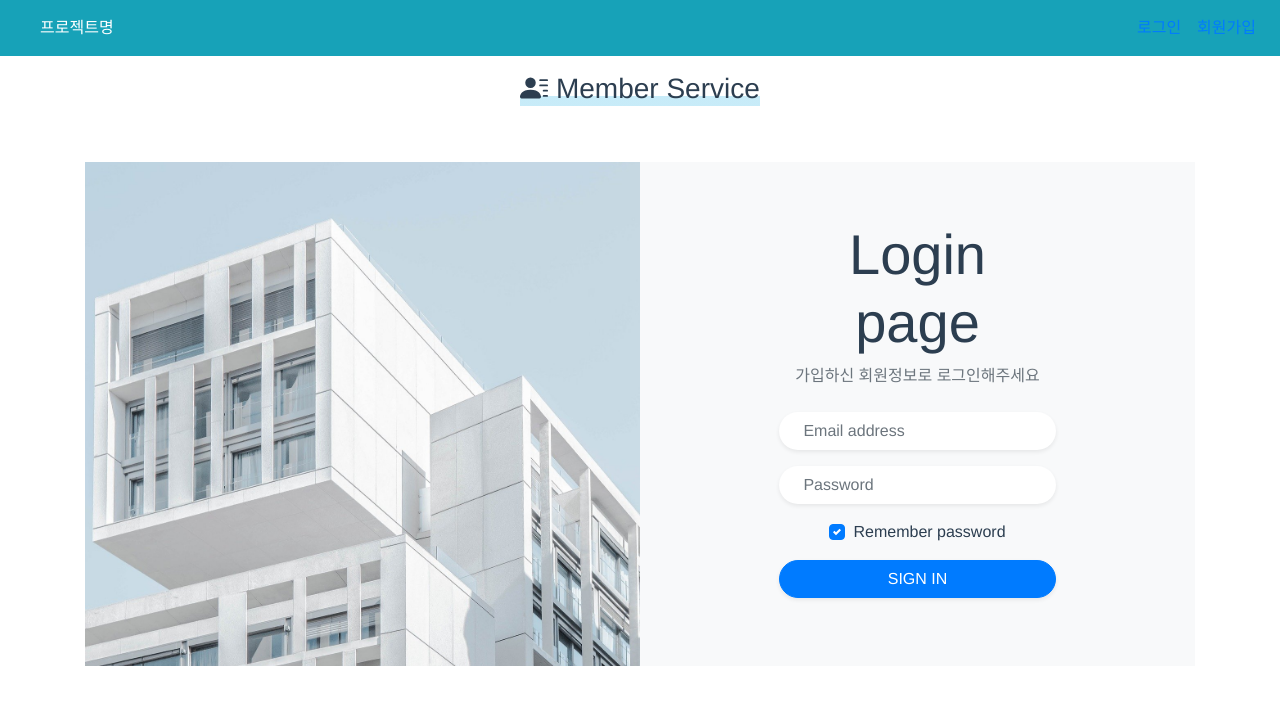
Repository: cheery72/Project_Real_estate
Page: /user/singin (app in frontend/)
The author's editor kept a copy of each file at every save. The page is drawn from the files as they stood at one save, then again after the next save.
The browser window is 1280 px wide. The pictures show the whole page.
The project was rebuilt for these pictures with package versions that can differ from the ones it lists, and the page was loaded fresh each time. Also part of the build but not shown: frontend/vue.config.js, frontend/src/components/user/child/MemberJoinForm.vue, frontend/src/components/user/MemberJoin.vue, frontend/src/components/user/child/MemberInfoForm.vue, frontend/src/components/user/MemberMyPage.vue, frontend/src/components/user/BookMarkListRow.vue, frontend/src/components/user/MemberMyBookmark.vue. Imported but missing from the stored project, and not drawn on this page: frontend/src/views/Home.vue.

Above is the page before, as saved 2021-11-25 11:13:40.

### frontend/src/main.js
import Vue from "vue";
import App from "./App.vue";
import router from "./router";
import store from "./store";
import { BootstrapVue, IconsPlugin } from "bootstrap-vue";
import memberStore from "@/store/modules/memberStore";
import "bootstrap/dist/css/bootstrap.css";
import "bootstrap-vue/dist/bootstrap-vue.css";

// Make BootstrapVue available throughout your project
Vue.use(BootstrapVue);
// Optionally install the BootstrapVue icon components plugin
Vue.use(IconsPlugin);

Vue.config.productionTip = false;

new Vue({
  router,
  store,
  async beforeCreate() {
    let token = sessionStorage.getItem("access-token");
    if (memberStore.state.userInfo == null && token) {
      await memberStore.dispatch("getUserInfo", token);
    }
  },

  render: (h) => h(App),
}).$mount("#app");

### frontend/src/App.vue
<template>
  <div id="app">
    <nav-bar />
    <router-view />
  </div>
</template>

<script>
import NavBar from "@/components/layout/NavBar.vue"

export default {
  components:{
    NavBar,
  }
}

</script>

<style>
#app {
  font-family: Avenir, Helvetica, Arial, sans-serif;
  -webkit-font-smoothing: antialiased;
  -moz-osx-font-smoothing: grayscale;
  text-align: center;
  color: #2c3e50;
}

#nav {
  padding: 30px;
}

#nav a {
  font-weight: bold;
  color: #2c3e50;
}

#nav a.router-link-exact-active {
  color: #42b983;
}
</style>

### frontend/src/router/index.js
import Vue from "vue";
import VueRouter from "vue-router";
import Home from "../views/Home.vue";

import Member from "@/views/Member.vue";
import MemberJoin from "@/components/user/MemberJoin.vue";
import MemberLogin from "@/components/user/MemberLogin.vue";

import MemberMyPage from "@/components/user/MemberMyPage.vue";
import MemberMyBookmark from "@/components/user/MemberMyBookmark.vue";
import store from "@/store/index.js";

// https://router.vuejs.org/kr/guide/advanced/navigation-guards.html
const onlyAuthUser = async (to, from, next) => {
  //어디로 갈건지, 이전, 다음페이지
  // console.log(store);
  const checkUserInfo = store.getters["memberStore/checkUserInfo"]; //checkUserInfo의 리턴값을 가져와라
  const getUserInfo = store._actions["memberStore/getUserInfo"]; //getUserInfo의 리턴값을 가져와라
  let token = sessionStorage.getItem("access-token");
  if (checkUserInfo == null && token) {
    await getUserInfo(token); //서버에 가서 정상적인 토큰인지 검사해라 .. 여기서 정상적인사람이면 서버가 UserInfo를 준다.
  }
  if (checkUserInfo === null) {
    //서버에 갔다왔는데도 null이면...
    alert("로그인이 필요한 페이지입니다..");
    // next({ name: "SignIn" });
    router.push({ name: "SignIn" });
  } else {
    //정상적인 사람이니까 다음페이지로 갈수 있도록 적용(밑에 beforeEnter붙은 것들)
    console.log("로그인 했다.");
    next();
  }
};


Vue.use(VueRouter);

const routes = [
  {
    path: "/",
    name: "Home",
    component: Home,
  },
  {
    path: "/user",
    name: "Member",
    component: Member,
    children: [
      {
        path: "singin",
        name: "SignIn",
        component: MemberLogin,
      },
      {
        path: "singup",
        name: "SignUp",
        component: MemberJoin,
      },
      {
        path: "mybookmark",
        name: "MyBookmark",
        component: MemberMyBookmark,
      },
      {
        path: "mypage",
        name: "MyPage",
        beforeEnter: onlyAuthUser,
        component: MemberMyPage,
      },
    ],
  },
];

const router = new VueRouter({
  mode: "history",
  base: process.env.BASE_URL,
  routes,
});

export default router;

### frontend/src/store/index.js
import Vue from "vue";
import Vuex from "vuex";
import http from "@/js/http-common.js";
import createPersistedState from "vuex-persistedstate";
import memberStore from "@/store/modules/memberStore.js";

Vue.use(Vuex);

export default new Vuex.Store({
  state: {
    sidos: [{ value: null, text: "선택하세요" }],
    guguns: [{ value: null, text: "선택하세요" }],
    dongs: [{ value: null, text: "선택하세요" }],
    apts: [],
    apt: null,
    positions: [],
    cctvs: [],
    dongName: null,
    subways: [],
    schools: [],
    // bookmark: null,
    // bookmarks: [],
  },
  mutations: {
    // 시도 리스트
    SET_SIDO_LIST(state, sidos) {
      sidos.forEach((sido) => {
        state.sidos.push({ value: sido.sidoCode, text: sido.sidoName });
      });
    },
    CLEAR_SIDO_LIST(state) {
      state.guguns = [{ value: null, text: "선택하세요" }];
    },
    // 구군 리스트
    SET_GUGUN_LIST(state, guguns) {
      guguns.forEach((gugun) => {
        state.guguns.push({ value: gugun.gugunCode, text: gugun.gugunName });
      });
    },
    CLEAR_GUGUN_LIST(state) {
      state.guguns = [{ value: null, text: "선택하세요" }];
    },
    // 동 리스트
    SET_DONG_LIST(state, dongs) {
      dongs.forEach((dong) => {
        state.dongs.push({
          value: [dong.dongCode, dong.dongName],
          text: dong.dongName,
        });
      });
    },
    CLEAR_DONG_LIST(state) {
      state.dongs = [{ value: null, text: "선택하세요" }];
    },
    // 해당 구,동 아파트 리스트
    SET_APT_LIST(state, apts) {
      state.apts = apts;
      state.dongName = apts[0].dongName;
    },
    CLEAR_APT_LIST(state) {
      state.positions = [];
    },
    // 아파트 선택시 세부사항
    SET_DETAIL_APT(state, apt) {
      state.apt = apt;
    },
    // cctv 정보
    SET_CCTV_LIST(state, cctv) {
      state.cctvs = cctv;
    },
    // 지하철 정보
    SET_SUBWAY_LIST(state, subway) {
      state.subways = subway;
    },
    // 학교 정보
    SET_SCHOOL_LIST(state, school) {
      state.schools = school;
    },
    // SET_DETAIL_BOOKMARK(state, apt) {
    //   state.bookmark = apt;

    // }
  },
  actions: {
    // 셀렉트바 시도 가져오기
    getSido({ commit }) {
      http
        .get(`/apt/sido`)
        .then((response) => {
          commit("SET_SIDO_LIST", response.data);
        })
        .catch((error) => {
          console.log(error);
        });
    },
    getGugun({ commit }, sidoCode) {
      const params = { sido: sidoCode };
      http
        .get(`/apt/gugun`, { params })
        .then((response) => {
          commit("SET_GUGUN_LIST", response.data);
        })
        .catch((error) => {
          console.log(error);
        });
    },
    getDong({ commit }, gugunCode) {
      const params = { gugun: gugunCode };
      http
        .get(`/apt/dongname`, { params })
        .then((response) => {
          commit("SET_DONG_LIST", response.data);
        })
        .catch((error) => {
          console.log(error);
        });
    },
    getAptList({ commit }, dongCode) {
      const params = { dong: dongCode };
      http
        .get(`/apt/aptinfo`, { params })
        .then((response) => {
          commit("SET_APT_LIST", response.data);
        })
        .catch((error) => {
          console.log(error);
        });
    },
    getCctvList({ commit }, dongName) {
      const params = { dong: dongName };
      http
        .get(`/cctv/cctvinfo`, { params })
        .then((response) => {
          commit("SET_CCTV_LIST", response.data);
        })
        .catch((error) => {
          console.log(error);
        });
    },
    getSubwayList({ commit }) {
      http
        .get(`/subway/subwayinfo`)
        .then((response) => {
          commit("SET_SUBWAY_LIST", response.data);
        })
        .catch((error) => {
          console.log(error);
        });
    },
    getSchoolList({ commit }, dongName) {
      const params = { dong: dongName };
      http
        .get(`/school/schoolinfo`, { params })
        .then((response) => {
          commit("SET_SCHOOL_LIST", response.data);
        })
        .catch((error) => {
          console.log(error);
        });
    },
    // detailBookmark({ commit }, apt) {
    //   commit("SET_DETAIL_BOOKMARK", apt)

    // }
  },
  modules: { memberStore },
  plugins: [
    createPersistedState({
      // 브라우저 종료시 제거하기 위해 localStorage가 아닌 sessionStorage로 변경. (default: localStorage)
      storage: sessionStorage,
    }),
  ],
});

### frontend/src/store/modules/memberStore.js
import jwt_decode from "jwt-decode";
import { login } from "@/api/member.js";
import { findById } from "@/api/member";
import http from "@/js/http-common.js";


const memberStore = {
  namespaced: true,
  state: {
    isLogin: false,
    isLoginError: false,
    userInfo: null,
    bookmark: [],
    bookmarks: [],
  },
  getters: {
    checkUserInfo: function (state) {
      return state.userInfo;
    },
  },
  mutations: {
    SET_IS_LOGIN: (state, isLogin) => {
      state.isLogin = isLogin;
    },
    SET_IS_LOGIN_ERROR: (state, isLoginError) => {
      state.isLoginError = isLoginError;
    },
    SET_USER_INFO: (state, userInfo) => {
      state.isLogin = true;
      state.userInfo = userInfo;
    },
    SET_BOOKMARK_LIST(state, apt){
      // 배열에 추가
      state.bookmark.push(apt);
    },
    SET_BOOKMARK_INFO(state, mark){
      // state.bookmarks = mark;
      state.bookmarks.push(mark);
    },
    SET_BOOKMARK_LIST_INFO(state, bookmarklist) {
      state.bookmarks = bookmarklist;
    }
  },
  actions: {
    async userConfirm({ commit }, user) {
      await login(
        user,
        (response) => {
          if (response.data.message === "success") {
            let token = response.data["access-token"];
            commit("SET_IS_LOGIN", true);
            commit("SET_IS_LOGIN_ERROR", false);
            sessionStorage.setItem("access-token", token);

          } else {
            commit("SET_IS_LOGIN", false);
            commit("SET_IS_LOGIN_ERROR", true);
          }
        },
        () => {}
      );
    },
    getUserInfo({ commit }, token) {
      let decode_token = jwt_decode(token);
      findById(
        decode_token.userid,
        (response) => {
          if (response.data.message === "success") {
            commit("SET_USER_INFO", response.data.userInfo);
          } else {
            console.log("유저 정보 없음!!");
          }
        },
        (error) => {
          console.log(error);
        }
      );
    },
    getBookmark({ commit }, mark) {//등록

      let decode_token = jwt_decode(sessionStorage.getItem("access-token"));

      const params = { bookmark: mark.aptCode, accesstoken: decode_token.userid };
      console.log("파라미터출력",params);

      http
      .post(`/bookmark/register`, params)
      .then((response) => {
        console.log("response출력");
        console.log(response.data);
        commit("SET_BOOKMARK_INFO", response.data);
      }).catch((error) => {
        console.log("에러출력");
        console.log(error);
      })
    },

    getBookmarkList({ commit }) {

      let decode_token = jwt_decode(sessionStorage.getItem("access-token"));
      const userid= decode_token.userid;

      http.get(`/bookmark/list/${userid}`).then(({ data }) => {

        console.log("북마크조회 결과", data);
        commit("SET_BOOKMARK_LIST_INFO", data.result);
         });

    }
  },
};

export default memberStore;

### frontend/src/components/layout/NavBar.vue
<template>
  <div>
  <b-navbar toggleable="lg" type="dark" variant="info">
    <b-navbar-brand href="#"></b-navbar-brand>

    <b-navbar-toggle target="nav-collapse"></b-navbar-toggle>

    <b-collapse id="nav-collapse" is-nav>
      <b-navbar-nav>
        <b-nav-item href="#"
            ><router-link :to="{ name: 'Home' }" class="link" style="color: white"
            >프로젝트명</router-link
            ></b-nav-item
          >
      </b-navbar-nav>

      <!-- Right aligned nav items -->
      <b-navbar-nav class="ml-auto" v-if="userInfo">
          <b-nav-item class="align-self-center"
            ><b-avatar
              variant="primary"
              v-text="userInfo ? userInfo.userid.charAt(0).toUpperCase() : ''"
            ></b-avatar
            >{{ userInfo.username }}({{ userInfo.userid }})님
            환영합니다.</b-nav-item
          >
          <b-nav-item class="align-self-center"
            ><router-link
              :to="{ name: 'MyPage' }"
              class="link align-self-center" style="color: white"
              >내정보보기</router-link
            ></b-nav-item
          >
           <b-nav-item href="#" class="link align-self-center"
            ><router-link :to="{ name: 'MyBookmark' }" class="link" style="color: white"
              >내관심지역</router-link
            ></b-nav-item
          >
          <b-nav-item
            class="link align-self-center"
            @click.prevent="onClickLogout"
            >로그아웃</b-nav-item
          >
        </b-navbar-nav>

        <!-- Right aligned nav items -->
        <b-navbar-nav class="ml-auto" v-else>
          <b-nav-item href="#"
            ><router-link :to="{ name: 'SignIn' }" class="link"
              >로그인</router-link
            ></b-nav-item
          >

          <b-nav-item href="#"
            ><router-link :to="{ name: 'SignUp' }" class="link"
              >회원가입</router-link
            ></b-nav-item
          >
        </b-navbar-nav>
    </b-collapse>
  </b-navbar>
</div>
</template>

<script>
import { mapState, mapMutations } from "vuex";

const memberStore = "memberStore";

export default {
  name: "NavBar",
  computed: {
    ...mapState(memberStore, ["isLogin", "userInfo"]),
  },
  methods: {
    ...mapMutations(memberStore, ["SET_IS_LOGIN", "SET_USER_INFO"]),
    onClickLogout() {
      this.SET_IS_LOGIN(false);
      this.SET_USER_INFO(null);
      sessionStorage.removeItem("access-token");
      if (this.$route.path != "/") this.$router.push({ name: "Home" });
    },
  },
};
</script>

<style>
a {
  color:azure;
}
</style>

### frontend/src/views/Member.vue
<template>
  <b-container class="bv-example-row mt-3 text-center">
    <h3 class="underline-steelblue">
      <b-icon icon="person-lines-fill"></b-icon> Member Service
    </h3>
    <router-view></router-view>
  </b-container>
</template>

<script>
export default {
  name: "Member",
};
</script>

<style scoped>
.underline-steelblue {
  display: inline-block;
  background: linear-gradient(
    180deg,
    rgba(255, 255, 255, 0) 70%,
    rgba(72, 190, 233, 0.3) 30%
  );
}
</style>

### frontend/src/components/user/MemberLogin.vue
<template>

 <div class="container-fluid">
   <br>
   <br>
    <div class="row no-gutter">
        <!-- The image half -->
        <div class="col-md-6 d-none d-md-flex bg-image"></div>


        <!-- The content half -->
        <div class="col-md-6 bg-light">
            <div class="login d-flex align-items-center py-5">

                <!-- Demo content-->
                <div class="container">
                    <div class="row">
                        <div class="col-lg-10 col-xl-7 mx-auto">
                            <h2 class="display-4">Login page</h2>
                            <p class="text-muted mb-4">가입하신 회원정보로 로그인해주세요</p>
                            <form>
                                <div class="form-group mb-3">
                                    <input id="inputEmail" type="email" placeholder="Email address" required="" autofocus="" class="form-control rounded-pill border-0 shadow-sm px-4">
                                </div>
                                <div class="form-group mb-3">
                                    <input id="inputPassword" type="password" placeholder="Password" required="" class="form-control rounded-pill border-0 shadow-sm px-4 text-primary">
                                </div>
                                <div class="custom-control custom-checkbox mb-3">
                                    <input id="customCheck1" type="checkbox" checked class="custom-control-input">
                                    <label for="customCheck1" class="custom-control-label">Remember password</label>
                                </div>
                                <button type="submit" class="btn btn-primary btn-block text-uppercase mb-2 rounded-pill shadow-sm">Sign in</button>

                            </form>
                        </div>
                    </div>
                </div><!-- End -->

            </div>
        </div><!-- End -->

    </div>
</div>
</template>
<style>
.login,
.image {
  min-height: 70vh;
}

.bg-image {
  /* //background-image: url('https://therichpost.com/wp-content/uploads/2021/02/login-split.jpg'); */
  background-image: url("../../assets/apartment.jpg");
  background-size: cover;
  background-position: center center;
}
</style>



<script>
import { mapState, mapActions } from "vuex";

const memberStore = "memberStore";

export default {
  name: "MemberLogin",
  data() {
    return {
      user: {
        userid: null,
        userpwd: null,
      },
    };
  },
  computed: {
    ...mapState(memberStore, ["isLogin", "isLoginError"]),
  },
  methods: {
    ...mapActions(memberStore, ["userConfirm", "getUserInfo"]),
    async confirm() {
      await this.userConfirm(this.user);
      let token = sessionStorage.getItem("access-token");
      if (this.isLogin) {
        await this.getUserInfo(token);
        this.$router.push({ name: "Home" });
      }
    },
    movePage() {
      this.$router.push({ name: "SignUp" });
    },
  },
};
</script>

<style></style>

### frontend/src/api/member.js
import { apiInstance } from "./index.js";

const api = apiInstance();

async function login(user, success, fail) {
    await api
        .post(`/user/login`, JSON.stringify(user))
        .then(success)
        .catch(fail);
}

async function findById(userid, success, fail) {
    api.defaults.headers["access-token"] =
        sessionStorage.getItem("access-token");
    await api.get(`/user/info/${userid}`).then(success).catch(fail);
}
//회원가입
async function joinMember(user, success, fail) {
    await api
        .post(`/user/join`, JSON.stringify(user))
        .then(success)
        .catch(fail);
}

//아이디체크
async function checkId(userid, success, fail) {
    await api.get(`/user/idCheck/${userid}`).then(success).catch(fail);
}

//수정
async function modifyInfo(user, success, fail) {
    api.defaults.headers["access-token"] =
        sessionStorage.getItem("access-token");
    await api
        .put(`/user/${user.userId}`, JSON.stringify(user))
        .then(success)
        .catch(fail);
}

//삭제
async function deleteInfo(user, success, fail) {
    api.defaults.headers["access-token"] =
        sessionStorage.getItem("access-token");
    await api.delete(`/user/${user.userId}`).then(success).catch(fail);
}

export { login, findById, modifyInfo, deleteInfo, joinMember, checkId };

### frontend/src/api/index.js
import axios from "axios";
import { API_BASE_URL } from "@/config";

// axios 객체 생성
function apiInstance() {
    const instance = axios.create({
        baseURL: API_BASE_URL,
        headers: {
            "Content-type": "application/json",
        },
    });
    return instance;
}

export { apiInstance };

### frontend/src/config/index.js
const API_BASE_URL = "http://localhost:8080";
export { API_BASE_URL };

Loaded but not shown: frontend/public/index.html (common file); frontend/src/js/http-common.js (common file)

After the next save:
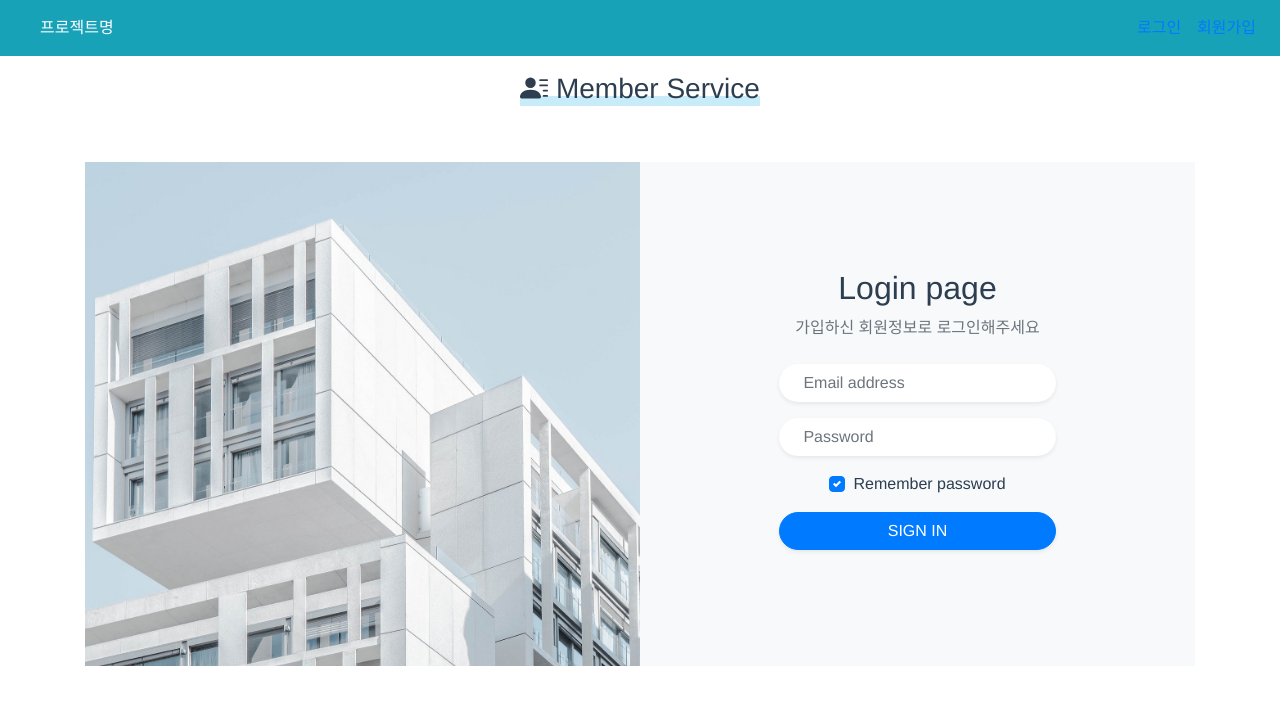
Saved 6 s later.
--- a/frontend/src/components/user/MemberLogin.vue
+++ b/frontend/src/components/user/MemberLogin.vue
@@ -16,7 +16,7 @@
                 <div class="container">
                     <div class="row">
                         <div class="col-lg-10 col-xl-7 mx-auto">
-                            <h2 class="display-4">Login page</h2>
+                            <h2 class="display-5">Login page</h2>
                             <p class="text-muted mb-4">가입하신 회원정보로 로그인해주세요</p>
                             <form>
                                 <div class="form-group mb-3">
